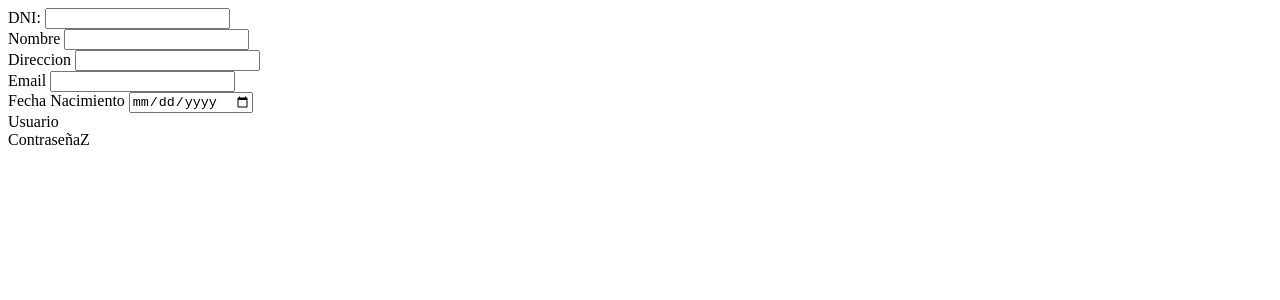
Repository: ProSoft-PDSI/sdsddo
Page: http://localhost/sdsr/Registro.jsp
An editor plug-in stored every save of this project. The page is shown before and after the next save, followed by the edit.
The browser window is 1280 px wide. The pictures show the whole page.
The page is served by Tomcat 9.

Above is the page before, as saved 2014-07-16 20:01:50.

After the next save:
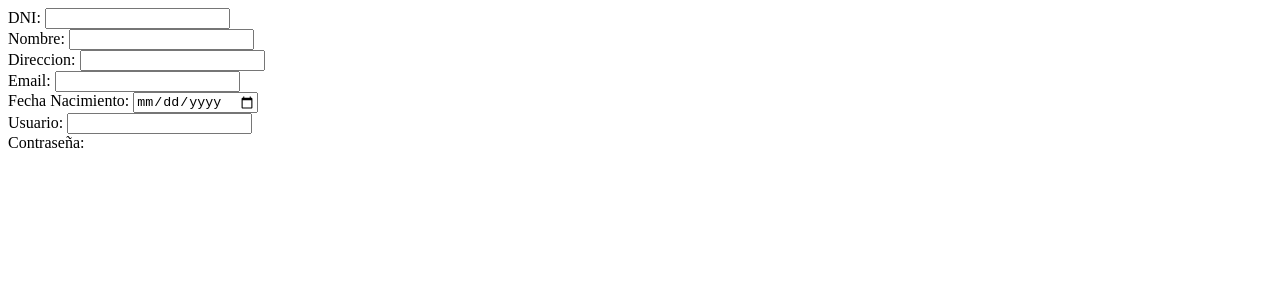
Saved 43 s later.
--- a/Web/sdsr/WebContent/Registro.jsp
+++ b/Web/sdsr/WebContent/Registro.jsp
@@ -13,21 +13,23 @@
 		<label>DNI:</label>
 		<input type="text" name="dni" />
 		<br />
-		<label>Nombre</label>
+		<label>Nombre: </label>
 		<input type="text" name="nombre" />
 		<br />
-		<label>Direccion</label>
+		<label>Direccion: </label>
 		<input type="text" name="nombre" />
 		<br />
-		<label>Email</label>
+		<label>Email: </label>
 		<input type="email" name="correo" />
 		<br />
-		<label>Fecha Nacimiento</label>
+		<label>Fecha Nacimiento: </label>
 		<input type="date" name="fecnac" />
 		<br />
-		<label>Usuario</label>
+		<label>Usuario: </label>
+		<input type="text" name="usuario">
 		<br />
-		<label>ContraseñaZ</label>
+		<label>Contraseña: </label>
+
 	</form>
 </body>
 </html>
